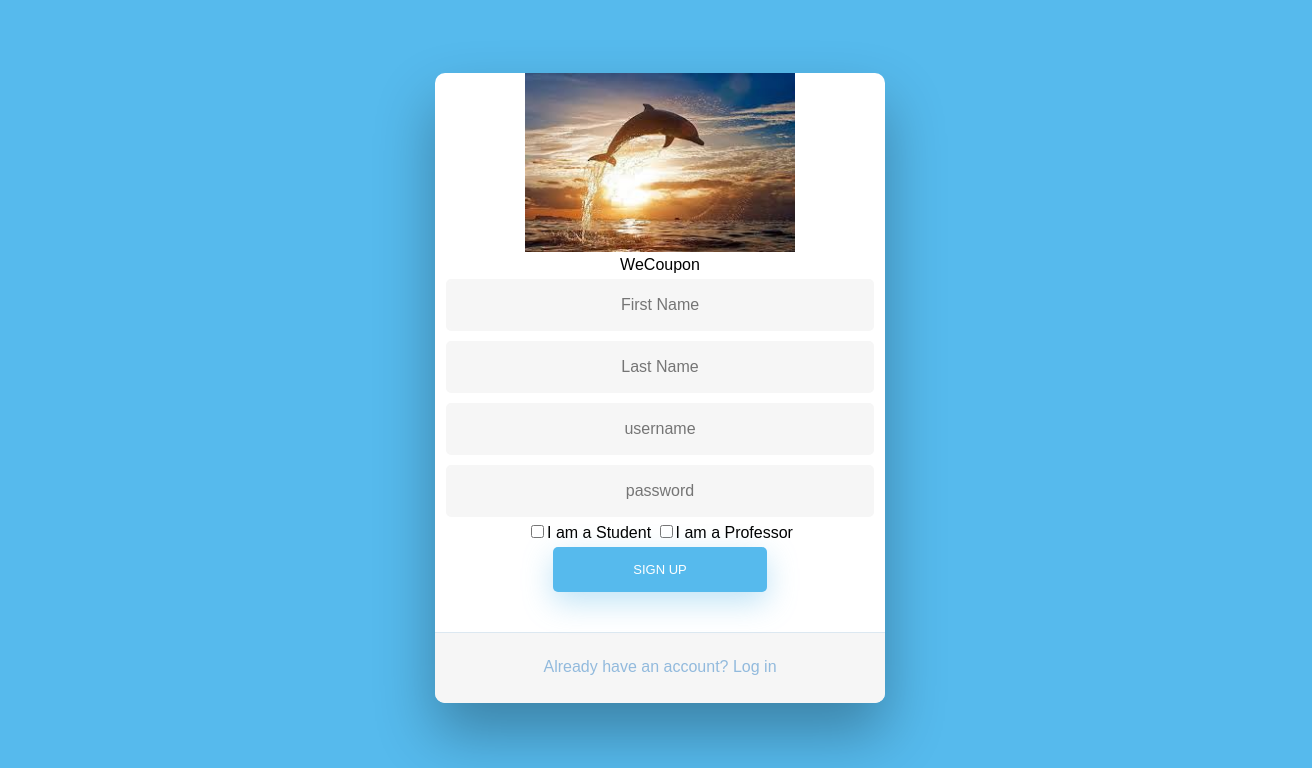
Repository: XUXiangCUHK/WeCoupon
Page: templates/signup.html
The author's editor kept a copy of each file at every save. The page is drawn from the files as they stood at one save, then again after the next save.
The browser window is 1280 px wide. The page is 1312 px wide, so the pictures cover 1312 px, including what lies to the right of the window. The pictures show the whole page.

Above is the page before, as saved 2021-02-27 15:04:33.

After the next save:
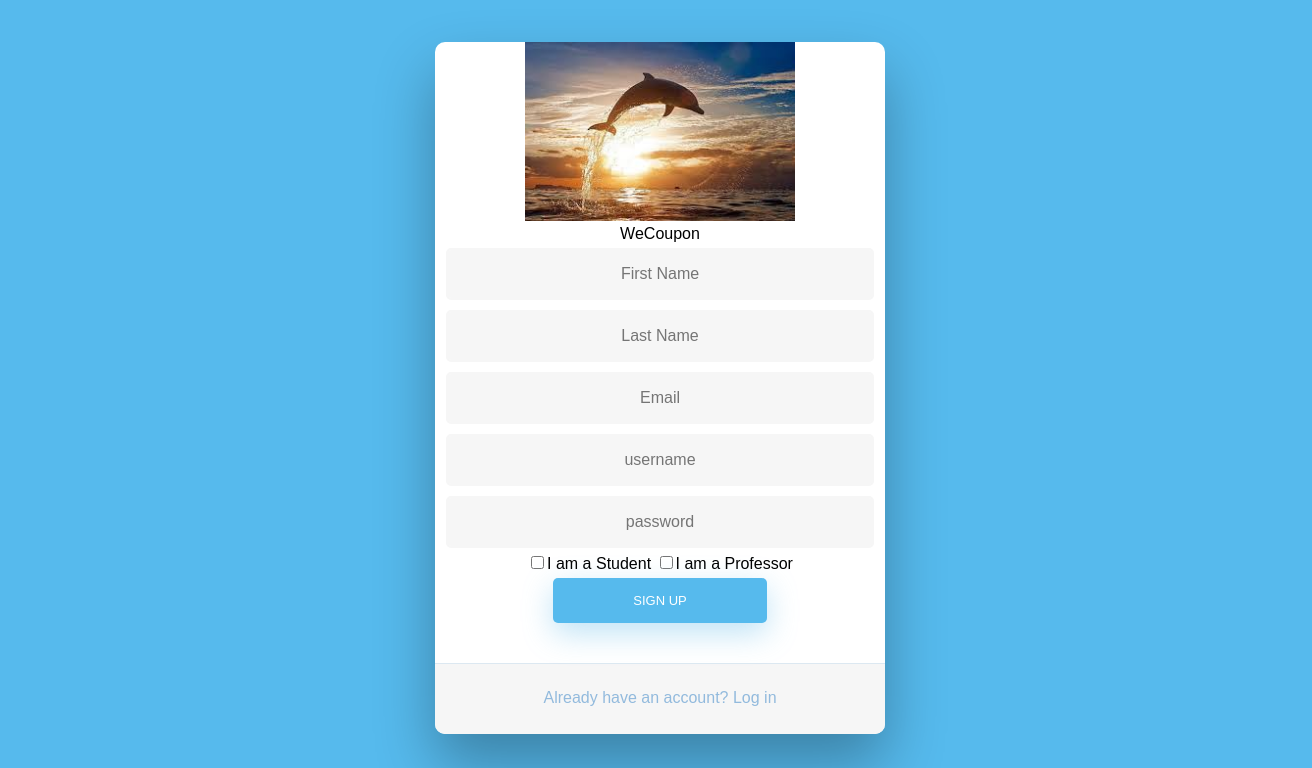
Saved 6 min 37 s later.
--- a/templates/signup.html
+++ b/templates/signup.html
@@ -26,10 +26,11 @@
         <form id="signup_form_id" method="POST">
             <input type="text" id="first_name" class="fadeIn second" name="signup" placeholder="First Name">
             <input type="text" id="last_name" class="fadeIn second" name="signup" placeholder="Last Name">
+            <input type="text" id="email" class="fadeIn second" name="signup" placeholder="Email">
             <input type="text" id="username" class="fadeIn second" name="signup" placeholder="username">
             <input type="text" id="password" class="fadeIn third" name="signup" placeholder="password">
-            <input type="checkbox" id="position1" name="checkposition" value="any_value" onclick="test(this)">I am a Student
-            <input type="checkbox" id="position2" name="checkposition" value="any_value" onclick="test(this)">I am a Professor
+            <input type="checkbox" id="position1" class="checkposition" name="checkposition" value="any_value" onclick="test(this)">I am a Student
+            <input type="checkbox" id="position2" class="checkposition" name="checkposition" value="any_value" onclick="test(this)">I am a Professor
             <input type="submit" class="fadeIn fourth" value="Sign Up" onclick="return processsignupform();">
         </form>
 
--- a/static/js/signup.js
+++ b/static/js/signup.js
@@ -6,6 +6,13 @@ function test(checkbox) {
 }
 
 function processsignupform() {
+    var firstname = document.getElementsById("first_name");
+    var lastname = document.getElementsById("last_name");
+    var username = document.getElementsById("username");
+    var password = document.getElementsById("password");
+    var email = document.getElementsById("Email");
+    var position = document.querySelector('.checkposition').checked;
 
+    alert(position);
 
 }
